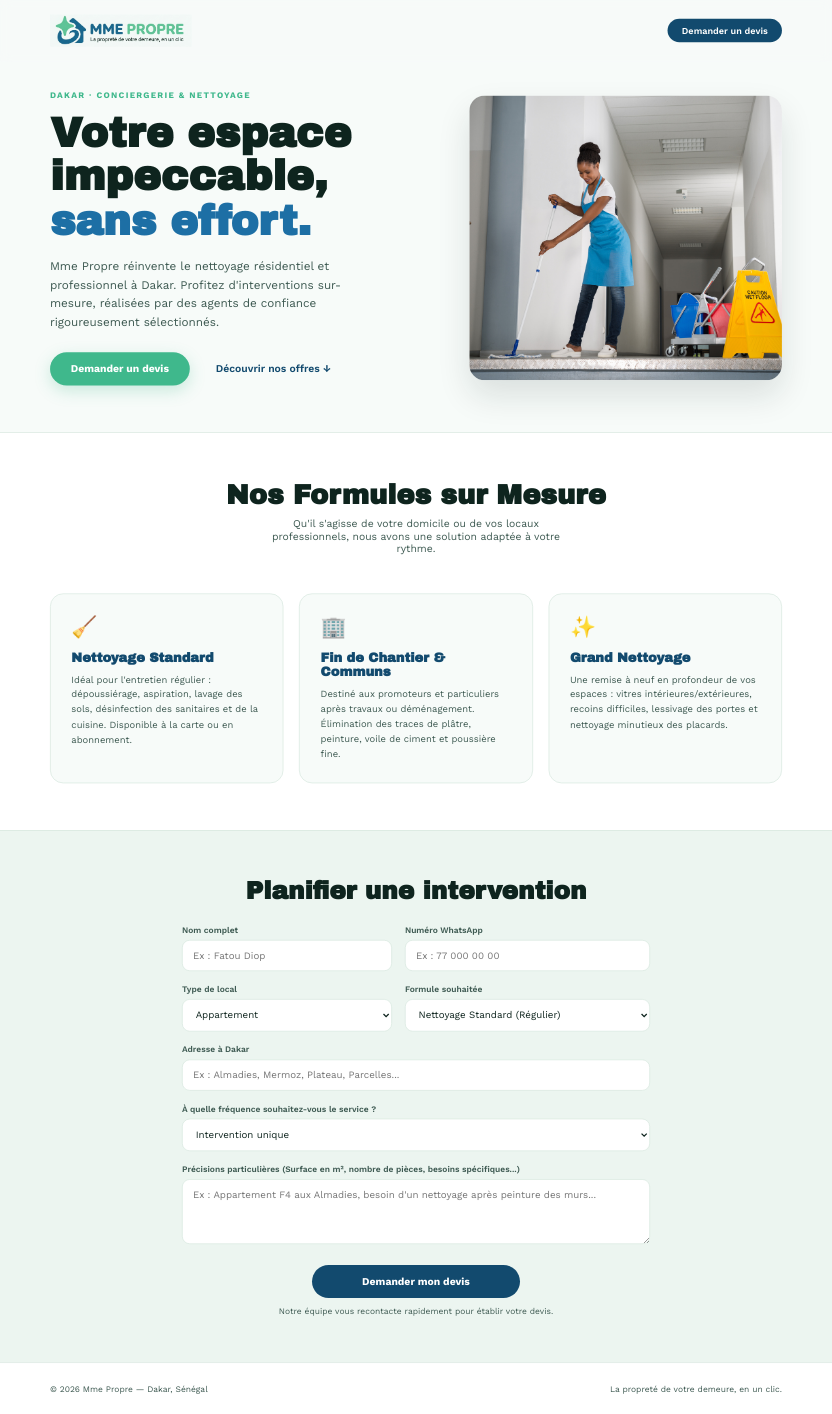
Repository: AntaaaKD/Mme-Propre
Page: Particulier.html
These files come from the project's save history. The page is drawn as it stood at one moment and after the next save; the edit follows.
The browser window is 1280 px wide. The pictures show the whole page, at 65% of full size.

Above is the page before, as saved 2026-07-20 18:25:18.

### Particulier.html
<!DOCTYPE html>
<html lang="fr">
<head>
<meta charset="UTF-8">
<meta name="viewport" content="width=device-width, initial-scale=1.0">
<title>Mme Propre — Services de nettoyage premium à Dakar</title>
<link rel="icon" type="image/png" href="images/favicon.png">
<link rel="preconnect" href="https://fonts.gstatic.com" crossorigin>
<link href="https://fonts.googleapis.com/css2?family=Archivo+Black&family=Work+Sans:wght@400;500;600;700&display=swap" rel="stylesheet">
<style>
  :root{
    --surface:#F7FBF9;
    --surface-2:#ECF5F0;
    --ink:#0E241E;
    --ink-soft:#3E5A52;
    --blue:#1D6FA5;
    --blue-deep:#124A6E;
    --mint:#3FB88C;
    --lemon:#F2C230;
    --line:#D6E6DE;
    --radius:18px;
    --display:"Archivo Black", sans-serif;
    --body:"Work Sans", sans-serif;
  }
  *{box-sizing:border-box;}
  body{margin:0;padding:0;background:var(--surface);color:var(--ink);font-family:var(--body);scroll-behavior: smooth;}
  a{text-decoration:none;color:inherit;}

  /* ---------- HEADER ---------- */
  header{
    display:flex;align-items:center;justify-content:space-between;
    padding:22px 6vw;
    background:rgba(247, 251, 249, 0.8);
    position: sticky; top:0; z-index: 100;
    backdrop-filter: blur(8px);
    border-bottom: 1px solid transparent;
  }
  header.scrolled { border-bottom-color: var(--line); }
  .logo{ display:flex; align-items:center; }
  .logo-img{ height:50px; width:auto; display:block; }

  .header-cta{
    font-size:14px;font-weight:600;color:#fff;
    background:var(--blue-deep); border-radius:999px;
    padding:10px 22px; transition: transform .2s ease;
  }
  .header-cta:hover{ transform: translateY(-2px); }

  /* ---------- HERO ---------- */
  .hero{
    position:relative; padding:6vh 6vw 10vh; overflow:hidden;
  }
  .hero-grid{
    position:relative;z-index:2;
    display:grid;grid-template-columns:1.1fr 0.9fr;gap:56px;align-items:center;
  }
  @media (max-width:860px){
    .hero-grid{grid-template-columns:1fr; gap:40px;}
    .hero-image{max-height:320px;}
  }
  .hero-image{
    position:relative;border-radius:24px;overflow:hidden;
    box-shadow:0 24px 50px rgba(14,36,30,0.12); aspect-ratio:1.1;
  }
  .hero-image img{ width:100%;height:100%;object-fit:cover;display:block; }

  .eyebrow{
    font-size:13px;font-weight:700;letter-spacing:2px;text-transform:uppercase;
    color:var(--mint);margin-bottom:18px;
  }
  h1{
    font-family:var(--display); font-size:clamp(36px,5.5vw,64px);
    line-height:1.05; margin:0 0 22px; max-width:15ch;
  }
  h1 .accent{color:var(--blue);}
  .hero p{
    font-size:18px;color:var(--ink-soft);max-width:46ch;line-height:1.6;margin:0 0 32px;
  }
  .hero-actions { display: flex; gap: 16px; align-items: center; flex-wrap: wrap; }
  .btn-primary {
    background: var(--mint); color: #fff; font-weight: 700; padding: 16px 32px;
    border-radius: 999px; box-shadow: 0 8px 24px rgba(63,184,140,0.25);
    transition: transform .2s, box-shadow .2s;
  }
  .btn-primary:hover { transform: translateY(-2px); box-shadow: 0 12px 28px rgba(63,184,140,0.4); }
  .btn-secondary { font-weight: 600; color: var(--blue-deep); padding: 16px 24px; }

  /* ---------- OFFRES / SERVICES ---------- */
  .services { padding: 10vh 6vw; background: #fff; border-top: 1px solid var(--line); }
  .section-title { text-align: center; margin-bottom: 60px; }
  .section-title h2 { font-family: var(--display); font-size: clamp(28px, 4vw, 42px); margin: 0 0 12px; }
  .section-title p { color: var(--ink-soft); font-size: 16px; max-width: 50ch; margin: 0 auto; }

  .services-grid { display: grid; grid-template-columns: repeat(auto-fit, minmax(280px, 1fr)); gap: 24px; }
  .service-card {
    border: 1.5px solid var(--line); border-radius: 20px; padding: 32px;
    transition: transform .2s, border-color .2s; background: var(--surface);
  }
  .service-card:hover { transform: translateY(-4px); border-color: var(--blue); }
  .service-icon { font-size: 32px; margin-bottom: 16px; }
  .service-card h3 { font-family: var(--display); font-size: 20px; margin: 0 0 12px; color: var(--blue-deep); }
  .service-card p { font-size: 14.5px; color: var(--ink-soft); line-height: 1.6; margin: 0; }

  /* ---------- FORMULAIRE CLIENT ---------- */
  .panel{ background:var(--surface-2); border-top:1px solid var(--line); padding:10vh 6vw; }
  .panel-inner { max-width: 720px; margin: 0 auto; }
  .panel h2{ font-family:var(--display); font-size:clamp(26px,3.4vw,38px); margin:0 0 32px; text-align: center;}

  .grid{ display:grid; grid-template-columns:1fr 1fr; gap:20px; }
  @media (max-width:600px) { .grid{ grid-template-columns:1fr; } }

  .field{ display:flex; flex-direction:column; gap:8px; }
  .field.full{ grid-column:1/-1; }
  label{ font-size:13px; font-weight:600; color:var(--ink-soft); }
  input, select, textarea{
    font-family:var(--body); font-size:15px; border:1.5px solid var(--line);
    border-radius:12px; padding:14px 16px; background:#fff; color:var(--ink);
    outline:none; transition:border-color .18s ease;
  }
  input:focus, select:focus, textarea:focus{ border-color:var(--blue); background: #fff; }
  textarea{ resize:vertical; min-height:100px; }

  /* Honeypot anti-bot */
  .hp-field { display: none !important; }

  .submit-row{ margin-top:32px; text-align: center; display: flex; flex-direction: column; align-items: center; gap: 12px;}
  .btn-submit{
    background:var(--blue-deep); color:#fff; border:none; border-radius:999px;
    padding:16px 40px; font-family:var(--body); font-weight:700; font-size:16px; cursor:pointer;
    transition: transform .15s ease, box-shadow .15s ease; width: 100%; max-width: 320px;
  }
  .btn-submit:hover{ transform:translateY(-2px); box-shadow:0 8px 22px rgba(18,74,110,0.25); }
  .hint{ font-size:13px; color:var(--ink-soft); }

  footer{
    padding:32px 6vw; border-top:1px solid var(--line); font-size:13px; color:var(--ink-soft);
    display:flex; justify-content:space-between; flex-wrap:wrap; gap:16px; background: #fff;
  }
</style>
</head>
<body>

<header id="navbar">
  <div class="logo">
    <img src="images/logo-mmepropre.png" alt="Mme Propre" class="logo-img">
  </div>
  <a class="header-cta" href="#devis">Demander un devis</a>
</header>

<section class="hero">
  <div class="hero-grid">
    <div>
      <div class="eyebrow">Dakar · Conciergerie & Nettoyage</div>
      <h1>Votre espace impeccable, <span class="accent">sans effort.</span></h1>
      <p>Mme Propre réinvente le nettoyage résidentiel et professionnel à Dakar. Profitez d'interventions sur-mesure, réalisées par des agents de confiance rigoureusement sélectionnés.</p>

      <div class="hero-actions">
        <a href="#devis" class="btn-primary">Demander un devis</a>
        <a href="#offres" class="btn-secondary">Découvrir nos offres ↓</a>
      </div>
    </div>

    <div class="hero-image">
      <img src="images/hero.jpg" alt="Nettoyage professionnel de maison à Dakar">
    </div>
  </div>
</section>

<section class="services" id="offres">
  <div class="section-title">
    <h2>Nos Formules sur Mesure</h2>
    <p>Qu'il s'agisse de votre domicile ou de vos locaux professionnels, nous avons une solution adaptée à votre rythme.</p>
  </div>

  <div class="services-grid">
    <div class="service-card">
      <div class="service-icon">🧹</div>
      <h3>Nettoyage Standard</h3>
      <p>Idéal pour l'entretien régulier : dépoussiérage, aspiration, lavage des sols, désinfection des sanitaires et de la cuisine. Disponible à la carte ou en abonnement.</p>
    </div>

    <div class="service-card">
      <div class="service-icon">🏢</div>
      <h3>Fin de Chantier & Communs</h3>
      <p>Destiné aux promoteurs et particuliers après travaux ou déménagement. Élimination des traces de plâtre, peinture, voile de ciment et poussière fine.</p>
    </div>

    <div class="service-card">
      <div class="service-icon">✨</div>
      <h3>Grand Nettoyage</h3>
      <p>Une remise à neuf en profondeur de vos espaces : vitres intérieures/extérieures, recoins difficiles, lessivage des portes et nettoyage minutieux des placards.</p>
    </div>


  </div>
</section>

<section class="panel" id="devis">
  <div class="panel-inner">
    <h2>Planifier une intervention</h2>

    <div class="grid">
      <div class="field">
        <label for="c-nom">Nom complet</label>
        <input id="c-nom" type="text" placeholder="Ex : Fatou Diop">
      </div>
      <div class="field">
        <label for="c-tel">Numéro WhatsApp</label>
        <input id="c-tel" type="tel" placeholder="Ex : 77 000 00 00">
      </div>
      <div class="field">
        <label for="c-type">Type de local</label>
        <select id="c-type">
          <option value="Appartement">Appartement</option>
          <option value="Villa">Résidence / Immeuble</option>
          <option value="Villa">Villa / Maison</option>
          <option value="Villa">Airbnb</option>
          <option value="Bureaux / Locaux pro">Bureaux / Locaux professionnels</option>
          <option value="Autre">Autre</option>
        </select>
      </div>
      <div class="field">
        <label for="c-formule">Formule souhaitée</label>
        <select id="c-formule">
          <option value="Standard">Nettoyage Standard (Régulier)</option>
          <option value="Grand Nettoyage">Grand Nettoyage (En profondeur)</option>
          <option value="Fin de chantier">Fin de chantier / Finitions / Déménagement</option>
        </select>
      </div>
      <div class="field full">
        <label for="c-adresse">Adresse à Dakar</label>
        <input id="c-adresse" type="text" placeholder="Ex : Almadies, Mermoz, Plateau, Parcelles...">
      </div>

      <div class="field full">
        <label for="c-type">À quelle fréquence souhaitez-vous le service ?</label>
        <select id="c-type">
          <option value="Appartement">Intervention unique</option>
          <option value="Villa">Chaque semaine</option>
          <option value="Villa">Deux fois par mois</option>
          <option value="Villa"> Chaque mois</option>
          <option value="Bureaux / Locaux pro">Je souhaite être conseillé(e)</option>
        </select>
      </div>

      <div class="field full">
        <label for="c-msg">Précisions particulières (Surface en m², nombre de pièces, besoins spécifiques...)</label>
        <textarea id="c-msg" placeholder="Ex : Appartement F4 aux Almadies, besoin d'un nettoyage après peinture des murs..."></textarea>
      </div>

      <!-- Anti-bot Honeypot invisible pour les humains -->
      <div class="field full hp-field">
        <label for="c-email-confirm">Ne pas remplir ce champ si vous êtes humain</label>
        <input id="c-email-confirm" type="text" autocomplete="off">
      </div>
    </div>

    <div class="submit-row">
      <button class="btn-submit" id="submit-btn" onclick="submitDemande()">Demander mon devis</button>
      <span class="hint" id="submit-status">Notre équipe vous recontacte rapidement pour établir votre devis.</span>
    </div>
  </div>
</section>

<footer>
  <span>© 2026 Mme Propre — Dakar, Sénégal</span>
  <span>La propreté de votre demeure, en un clic.</span>
</footer>

<script>
  // URL de ton Apps Script sécurisé (/exec)
  const GAS_WEB_APP_URL = "https://script.google.com/macros/s/AKfycbztkSX3TyebbLAMASZva5rAbgVcuSgHpPOw3mWZLaVD60Z6R83ZnjcCemumw_IpcYI8/exec";

  // Effet scroll sur le header
  window.addEventListener('scroll', () => {
    document.getElementById('navbar').classList.toggle('scrolled', window.scrollY > 20);
  });

  async function submitDemande() {
    const btn = document.getElementById('submit-btn');
    const status = document.getElementById('submit-status');

    // 1. Détection du bot via Honeypot
    const honeypot = document.getElementById('c-email-confirm').value;
    if (honeypot.length > 0) {
      status.textContent = "Demande envoyée avec succès ✓"; // On feinte le bot
      return;
    }

    const nom = document.getElementById('c-nom').value.trim();
    const tel = document.getElementById('c-tel').value.trim();
    const typeLocal = document.getElementById('c-type').value;
    const formule = document.getElementById('c-formule').value;
    const adresse = document.getElementById('c-adresse').value.trim();
    const message = document.getElementById('c-msg').value.trim();

    // 2. Validation basique côté client
    if (!nom || !tel || !adresse) {
      status.textContent = "Veuillez remplir votre nom, numéro WhatsApp et adresse.";
      status.style.color = "#B3261E";
      return;
    }

    btn.disabled = true;
    btn.textContent = "Envoi de la demande...";
    status.style.color = "";
    status.textContent = "Nous configurons votre demande de devis...";

    try {
      // 3. Envoi JSON via requête simple compatible Apps Script Web App
      await fetch(GAS_WEB_APP_URL, {
        method: "POST",
        mode: "no-cors",
        headers: { "Content-Type": "text/plain;charset=utf-8" },
        body: JSON.stringify({ nom, tel, typeLocal, formule, adresse, message })
      });

      btn.textContent = "Demande reçue ✓";
      status.style.color = "#3FB88C";
      status.textContent = "C'est parfait ! Notre équipe vous recontacte sur WhatsApp très rapidement.";

      // Réinitialisation du formulaire
      document.querySelectorAll('#devis input, #devis select, #devis textarea').forEach(el => el.value = "");
    } catch (err) {
      btn.disabled = false;
      btn.textContent = "Demander mon devis";
      status.style.color = "#B3261E";
      status.textContent = "Une erreur technique est survenue. Veuillez réessayer.";
    }
  }
</script>

</body>
</html>

After the next save:
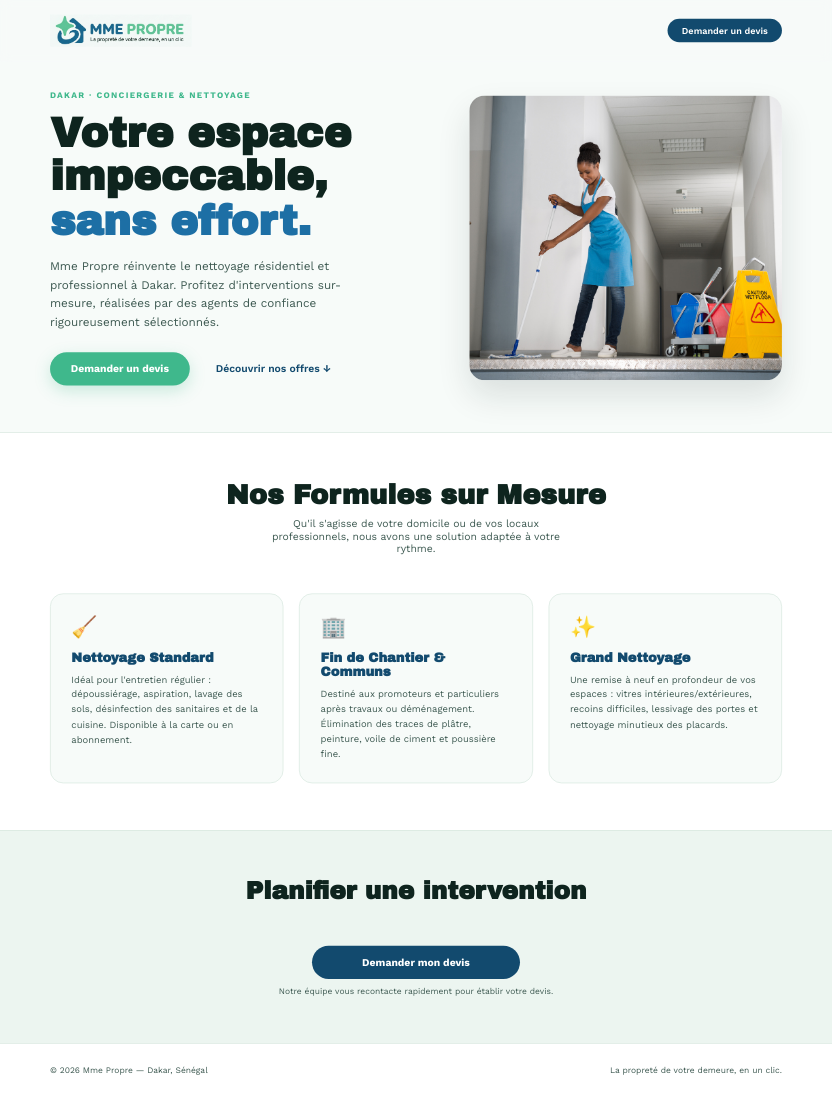
Saved 78 s later.
--- a/Particulier.html
+++ b/Particulier.html
@@ -200,59 +200,7 @@
     <h2>Planifier une intervention</h2>
 
     <div class="grid">
-      <div class="field">
-        <label for="c-nom">Nom complet</label>
-        <input id="c-nom" type="text" placeholder="Ex : Fatou Diop">
-      </div>
-      <div class="field">
-        <label for="c-tel">Numéro WhatsApp</label>
-        <input id="c-tel" type="tel" placeholder="Ex : 77 000 00 00">
-      </div>
-      <div class="field">
-        <label for="c-type">Type de local</label>
-        <select id="c-type">
-          <option value="Appartement">Appartement</option>
-          <option value="Villa">Résidence / Immeuble</option>
-          <option value="Villa">Villa / Maison</option>
-          <option value="Villa">Airbnb</option>
-          <option value="Bureaux / Locaux pro">Bureaux / Locaux professionnels</option>
-          <option value="Autre">Autre</option>
-        </select>
-      </div>
-      <div class="field">
-        <label for="c-formule">Formule souhaitée</label>
-        <select id="c-formule">
-          <option value="Standard">Nettoyage Standard (Régulier)</option>
-          <option value="Grand Nettoyage">Grand Nettoyage (En profondeur)</option>
-          <option value="Fin de chantier">Fin de chantier / Finitions / Déménagement</option>
-        </select>
-      </div>
-      <div class="field full">
-        <label for="c-adresse">Adresse à Dakar</label>
-        <input id="c-adresse" type="text" placeholder="Ex : Almadies, Mermoz, Plateau, Parcelles...">
-      </div>
-
-      <div class="field full">
-        <label for="c-type">À quelle fréquence souhaitez-vous le service ?</label>
-        <select id="c-type">
-          <option value="Appartement">Intervention unique</option>
-          <option value="Villa">Chaque semaine</option>
-          <option value="Villa">Deux fois par mois</option>
-          <option value="Villa"> Chaque mois</option>
-          <option value="Bureaux / Locaux pro">Je souhaite être conseillé(e)</option>
-        </select>
-      </div>
-
-      <div class="field full">
-        <label for="c-msg">Précisions particulières (Surface en m², nombre de pièces, besoins spécifiques...)</label>
-        <textarea id="c-msg" placeholder="Ex : Appartement F4 aux Almadies, besoin d'un nettoyage après peinture des murs..."></textarea>
-      </div>
-
-      <!-- Anti-bot Honeypot invisible pour les humains -->
-      <div class="field full hp-field">
-        <label for="c-email-confirm">Ne pas remplir ce champ si vous êtes humain</label>
-        <input id="c-email-confirm" type="text" autocomplete="off">
-      </div>
+
     </div>
 
     <div class="submit-row">

After the save that followed:
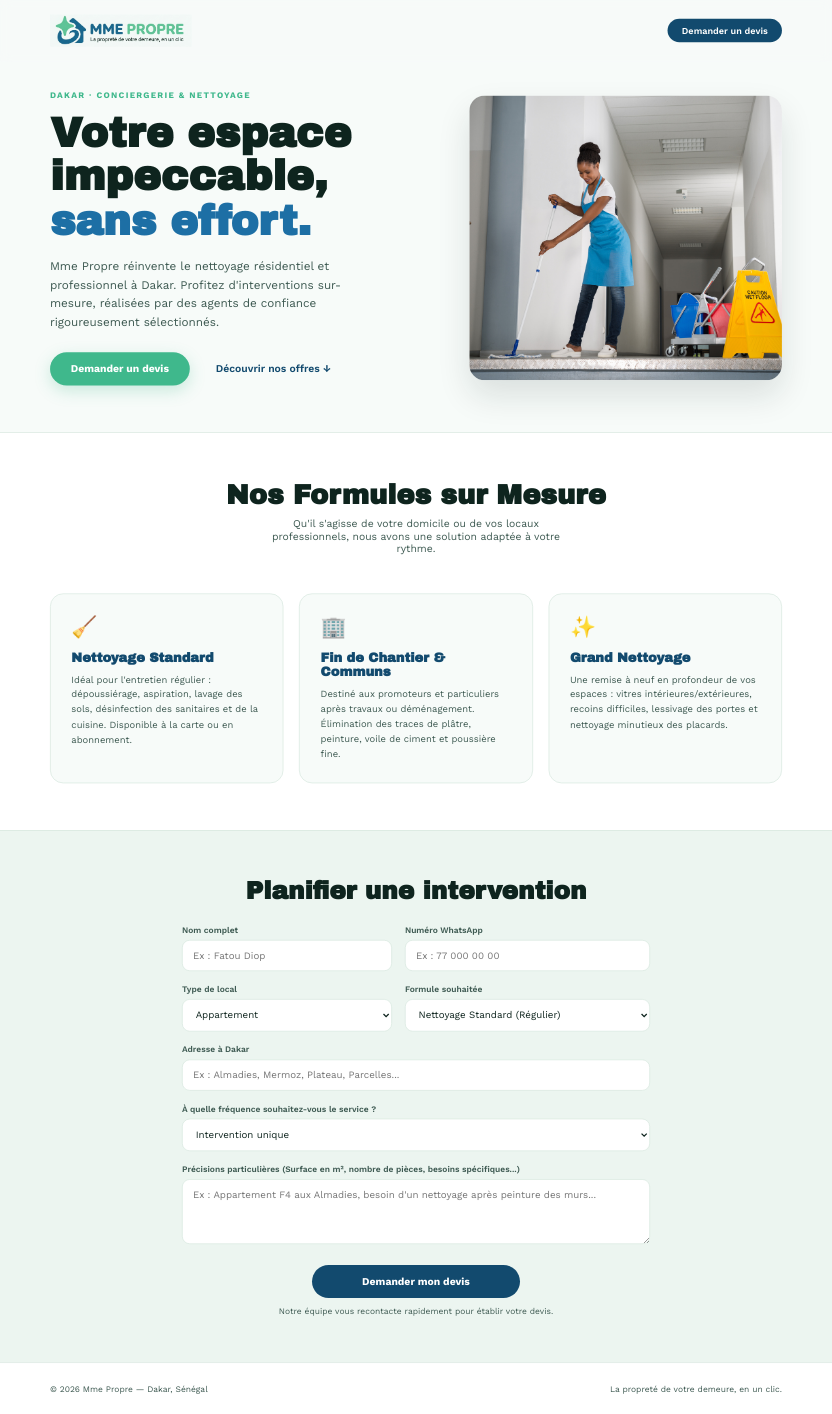
Saved 17 s later.
--- a/Particulier.html
+++ b/Particulier.html
@@ -200,7 +200,59 @@
     <h2>Planifier une intervention</h2>
 
     <div class="grid">
-
+      <div class="field">
+        <label for="c-nom">Nom complet</label>
+        <input id="c-nom" type="text" placeholder="Ex : Fatou Diop">
+      </div>
+      <div class="field">
+        <label for="c-tel">Numéro WhatsApp</label>
+        <input id="c-tel" type="tel" placeholder="Ex : 77 000 00 00">
+      </div>
+      <div class="field">
+        <label for="c-type">Type de local</label>
+        <select id="c-type">
+          <option value="Appartement">Appartement</option>
+          <option value="Villa">Résidence / Immeuble</option>
+          <option value="Villa">Villa / Maison</option>
+          <option value="Villa">Airbnb</option>
+          <option value="Bureaux / Locaux pro">Bureaux / Locaux professionnels</option>
+          <option value="Autre">Autre</option>
+        </select>
+      </div>
+      <div class="field">
+        <label for="c-formule">Formule souhaitée</label>
+        <select id="c-formule">
+          <option value="Standard">Nettoyage Standard (Régulier)</option>
+          <option value="Grand Nettoyage">Grand Nettoyage (En profondeur)</option>
+          <option value="Fin de chantier">Fin de chantier / Finitions / Déménagement</option>
+        </select>
+      </div>
+      <div class="field full">
+        <label for="c-adresse">Adresse à Dakar</label>
+        <input id="c-adresse" type="text" placeholder="Ex : Almadies, Mermoz, Plateau, Parcelles...">
+      </div>
+
+      <div class="field full">
+        <label for="c-type">À quelle fréquence souhaitez-vous le service ?</label>
+        <select id="c-type">
+          <option value="Appartement">Intervention unique</option>
+          <option value="Villa">Chaque semaine</option>
+          <option value="Villa">Deux fois par mois</option>
+          <option value="Villa"> Chaque mois</option>
+          <option value="Bureaux / Locaux pro">Je souhaite être conseillé(e)</option>
+        </select>
+      </div>
+
+      <div class="field full">
+        <label for="c-msg">Précisions particulières (Surface en m², nombre de pièces, besoins spécifiques...)</label>
+        <textarea id="c-msg" placeholder="Ex : Appartement F4 aux Almadies, besoin d'un nettoyage après peinture des murs..."></textarea>
+      </div>
+
+      <!-- Anti-bot Honeypot invisible pour les humains -->
+      <div class="field full hp-field">
+        <label for="c-email-confirm">Ne pas remplir ce champ si vous êtes humain</label>
+        <input id="c-email-confirm" type="text" autocomplete="off">
+      </div>
     </div>
 
     <div class="submit-row">
